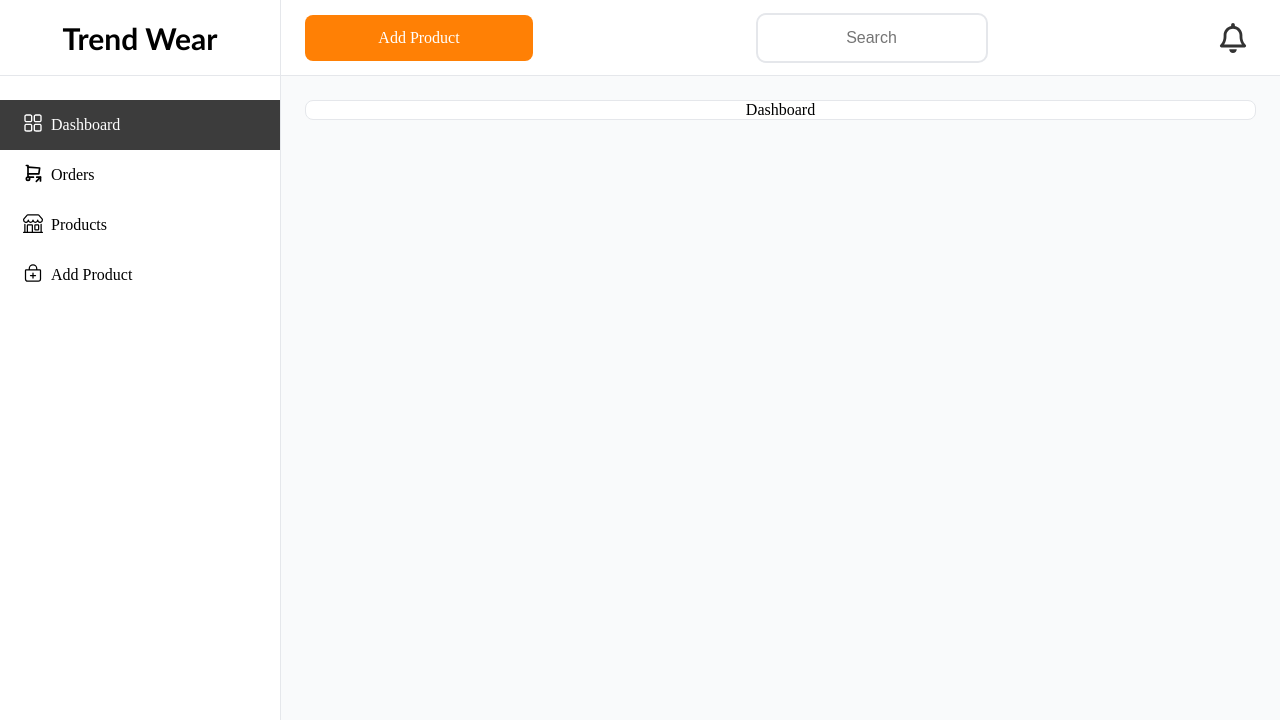
Repository: ahmad-dev7/TrendWear
Page: / (app in trend_wear_dashboard/)
These files come from the project's save history. The page is drawn as it stood at one moment and after the next save; the edit follows.
The browser window is 1280 px wide. The pictures show the whole page.
The project was rebuilt for these pictures with package versions that can differ from the ones it lists, and the page was loaded fresh each time. Also part of the build but not shown: trend_wear_dashboard/vite.config.ts.

Above is the page before, as saved 2025-01-19 23:08:42.

### trend_wear_dashboard/index.html
<!doctype html>
<html lang="en">

<head>
  <meta charset="UTF-8" />
  <link rel="icon" type="image/svg+xml" href="/vite.svg" />
  <meta name="viewport" content="width=device-width, initial-scale=1.0" />
  <title>Trend Wear</title>
</head>

<body>
  <div id="root"></div>
  <script type="module" src="/src/main.tsx"></script>
</body>

</html>

### trend_wear_dashboard/src/main.tsx
import { StrictMode } from "react";
import { createRoot } from "react-dom/client";
//import "bootstrap/dist/css/bootstrap.css";
import "./App.css";
import App from "./App.tsx";

createRoot(document.getElementById("root")!).render(
  <StrictMode>
    <App />
  </StrictMode>
);

### trend_wear_dashboard/src/App.css
body {
    background-color: #F9FAFB;
    padding: 0;
    margin: 0;
}

#parent {
    display: flex;
}

### trend_wear_dashboard/src/App.tsx
import { useState } from "react";
import Body from "./Components/Body/Body";
import Navbar from "./Components/Navbar/Navbar";
import Sidebar from "./Components/Sidebar/Sidebar";

function App() {
  const [body, setBody] = useState("Dashboard");

  return (
    <div id="parent">
      <Sidebar onSelectTab={setBody} />
      <div style={{ flex: 1 }}>
        <Navbar />
        <Body>{body}</Body>
      </div>
    </div>
  );
}

export default App;

### trend_wear_dashboard/src/Components/Body/Body.tsx
import "./Body.css";

interface Props {
  children: React.ReactNode;
}

const Body = ({ children }: Props) => {
  return <div id="content-body">{children}</div>;
};

export default Body;

### trend_wear_dashboard/src/Components/Navbar/Navbar.tsx
import "./Navbar.css";
import { FaRegBell } from "react-icons/fa6";

const Navbar = () => {
  return (
    <div>
      <div id="top-navbar">
        <div className="nav-item add-product-button">Add Product</div>
        <input className="nav-item" placeholder="Search" type="text" />
        <FaRegBell className="nav-item icon"></FaRegBell>
      </div>
    </div>
  );
};

export default Navbar;

### trend_wear_dashboard/src/Components/Sidebar/Sidebar.tsx
import "./Sidebar.css";
import SidebarContent from "./SidebarContent";
import { RxDashboard } from "react-icons/rx";
import { TbShoppingCartShare } from "react-icons/tb";
import { BsShop } from "react-icons/bs";
import { IoBagAddOutline } from "react-icons/io5";

interface Props {
  onSelectTab: (tab: string) => void;
}

const Sidebar = ({ onSelectTab }: Props) => {
  interface Tabs {
    icon: JSX.Element;
    label: string;
  }

  const tabs: Tabs[] = [
    { label: "Dashboard", icon: <RxDashboard size={20} /> },
    { label: "Orders", icon: <TbShoppingCartShare size={20} /> },
    { label: "Products", icon: <BsShop size={20} /> },
    { label: "Add Product", icon: <IoBagAddOutline size={20} /> },
  ];

  return (
    <div id="sidebar">
      <div className="header">Trend Wear</div>
      <ul id="sidebar-content">
        <SidebarContent tabsList={tabs} onSelectTab={onSelectTab} />
      </ul>
    </div>
  );
};

export default Sidebar;

### trend_wear_dashboard/src/Components/Body/Body.css
#content-body {
    margin: 24px;
    background-color: white;
    display: flex;
    align-items: center;
    justify-content: center;
    border: 1px solid #e5e7eb;
    border-radius: 8px;
}

### trend_wear_dashboard/src/Components/Navbar/Navbar.css
#top-navbar {
    display: flex;
    justify-content: space-between;
    align-items: center;
    /* padding: 0 24px; */
    background-color: white;
    height: 75px;
    width: 100%;
    border-bottom: 1px solid #e5e7eb;
}

.nav-item {
    font-size: 16px;
    color: #333;
    text-align: center;
    width: 200px;
    border-radius: 8px;
    padding: 14px;
    text-decoration: none;
}

.add-product-button {
    color: white;
    margin-left: 24px;
    background-color: #ff8005;
}

#top-navbar input {
    border: none;
    outline: 2px solid #e5e7eb;
    flex-grow: 1;
    max-width: 200px;
}

#top-navbar .icon {
    height: 30px;
    width: 30px;
    margin-right: 24px;
}

### trend_wear_dashboard/src/Components/Sidebar/Sidebar.css
/* Sidebar.css */
#sidebar {
    background-color: white;
    width: 280px;
    height: 100vh;
    border-right: 1px solid #e5e7eb;
}

#sidebar .header {
    display: flex;
    justify-content: center;
    align-items: center;
    height: 75px;
    font-size: 30px;
    font-weight: bold;
    font-family: 'Gill Sans', 'Gill Sans MT', Calibri, 'Trebuchet MS', sans-serif;
    background-color: white;
    text-align: center;
    border-bottom: 1px solid #e5e7eb;
}

#sidebar-content {
    list-style-type: none;
    margin-top: 24px;
    padding: 0;
    cursor: pointer;
}

#sidebar-content .tab {
    height: 50px;
    color: black;
    display: flex;
    align-items: center;
    padding-left: 15px;
}

.icon {
    padding: 8px;
}

#sidebar-content .active {
    background-color: #3c3c3c;
    color: white;
}

#sidebar-content .tab:hover:not(.active) {
    background-color: #e5e7eb;
}

### trend_wear_dashboard/src/Components/Sidebar/SidebarContent.tsx
import "./Sidebar.css";
import { useState } from "react";

interface Tabs {
  icon: JSX.Element;
  label: string;
}

interface Props {
  tabsList: Tabs[];
  onSelectTab: (tab: string) => void;
}

const SidebarContent = ({ tabsList, onSelectTab }: Props) => {
  const [active, setTab] = useState("Dashboard");
  return (
    <>
      {tabsList.map((tab) => (
        <li
          key={tab.label}
          className={"tab " + (tab.label == active && "active")}
          onClick={() => {
            setTab(tab.label);
            onSelectTab(tab.label);
          }}
        >
          <div className="icon">{tab.icon}</div>
          <div className="label">{tab.label}</div>
        </li>
      ))}
    </>
  );
};

export default SidebarContent;

After the next save:
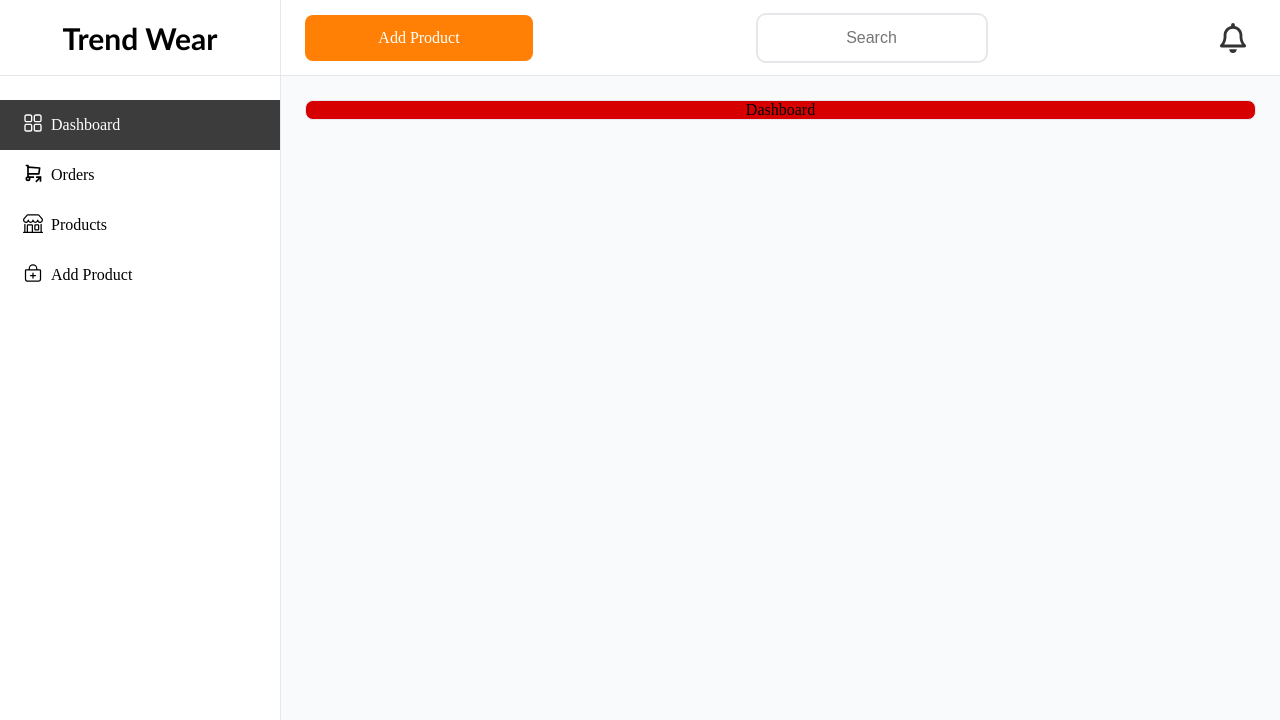
Saved 22 s later.
--- a/trend_wear_dashboard/src/Components/Body/Body.css
+++ b/trend_wear_dashboard/src/Components/Body/Body.css
@@ -1,6 +1,6 @@
 #content-body {
     margin: 24px;
-    background-color: white;
+    background-color: rgb(215, 0, 0);
     display: flex;
     align-items: center;
     justify-content: center;

After the save that followed:
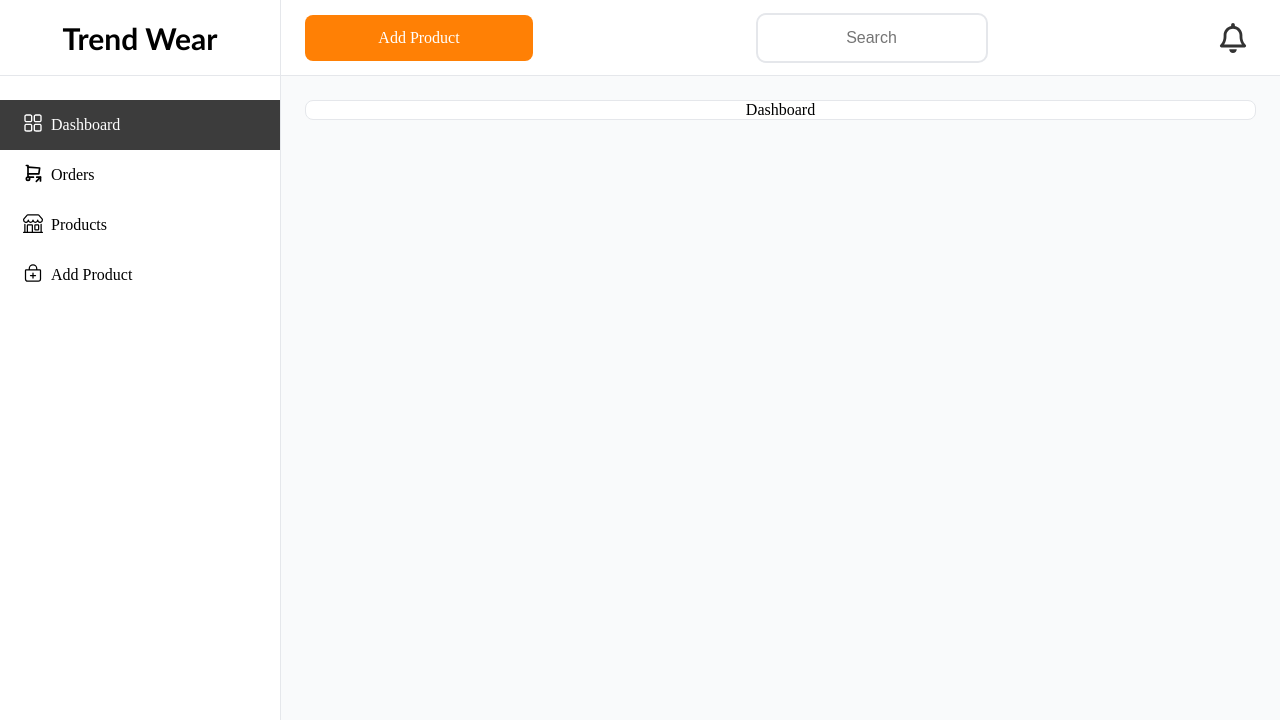
Saved 6 s later.
--- a/trend_wear_dashboard/src/Components/Body/Body.css
+++ b/trend_wear_dashboard/src/Components/Body/Body.css
@@ -1,6 +1,6 @@
 #content-body {
     margin: 24px;
-    background-color: rgb(215, 0, 0);
+    background-color: white;
     display: flex;
     align-items: center;
     justify-content: center;
